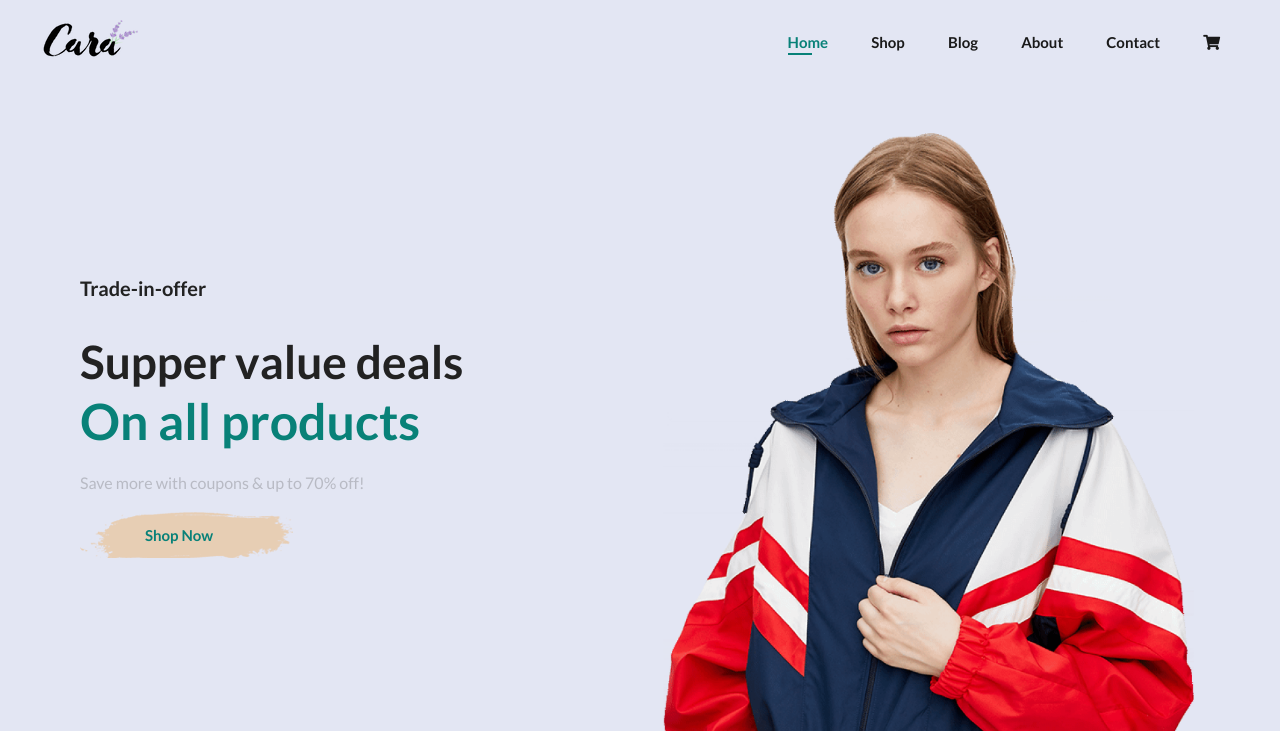
Repository: Nguyenductuan-dev/Website-Clothes
Page: index.html
The author's editor kept a copy of each file at every save. The page is drawn from the files as they stood at one save, then again after the next save.
The browser window is 1280 px wide. The pictures show the whole page.

Above is the page before, as saved 2022-04-25 23:48:38.

After the next save:
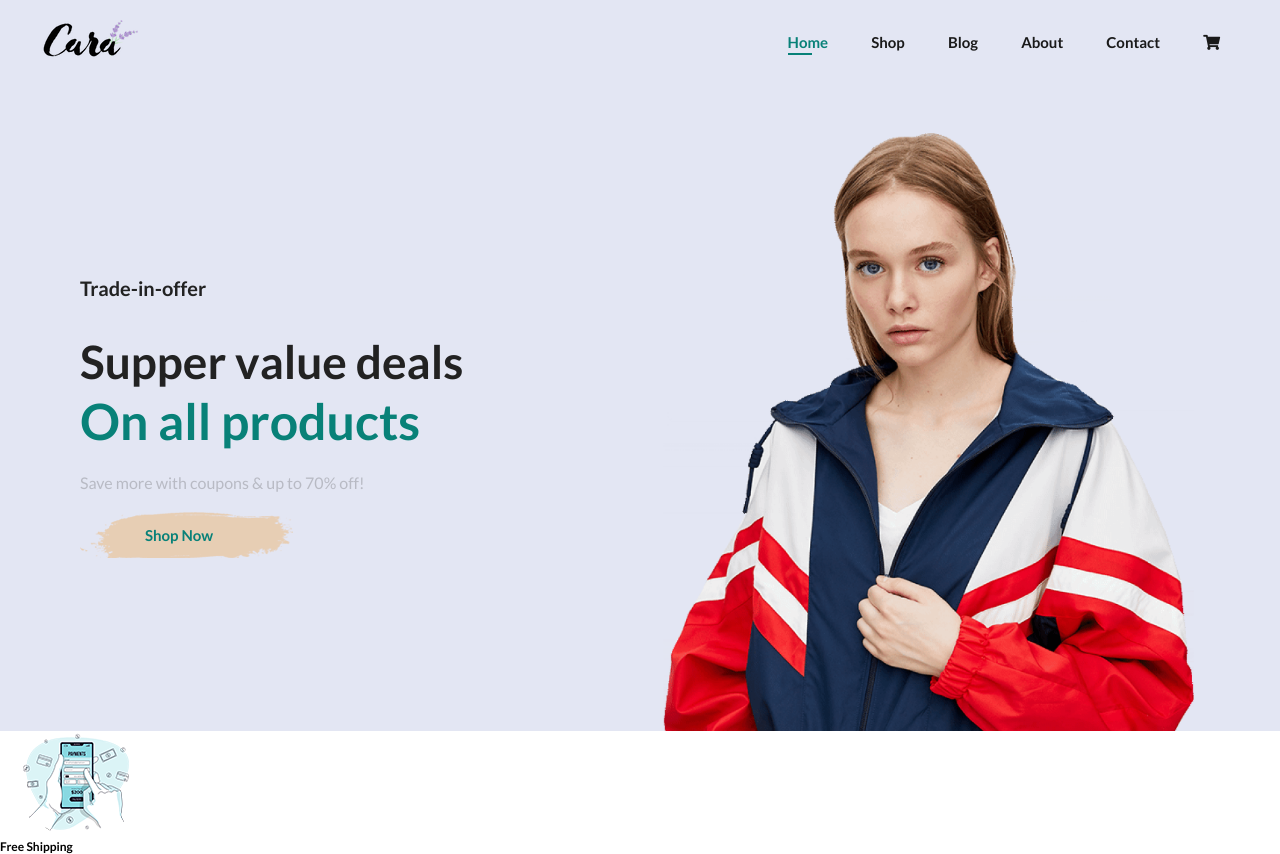
Saved 3 min 19 s later.
--- a/index.html
+++ b/index.html
@@ -59,7 +59,12 @@
             </button>
         </div>
     </section>
-
+    <section class="feature" id="feature">
+        <div class="feature__box">
+            <img src="assets/images/features/f1.png" alt="" class="feature__img">
+            <h6 class="feature__title">Free Shipping</h6>
+        </div>
+    </section>
 
     <script src="assets/js/main.js"></script>
 </body>
